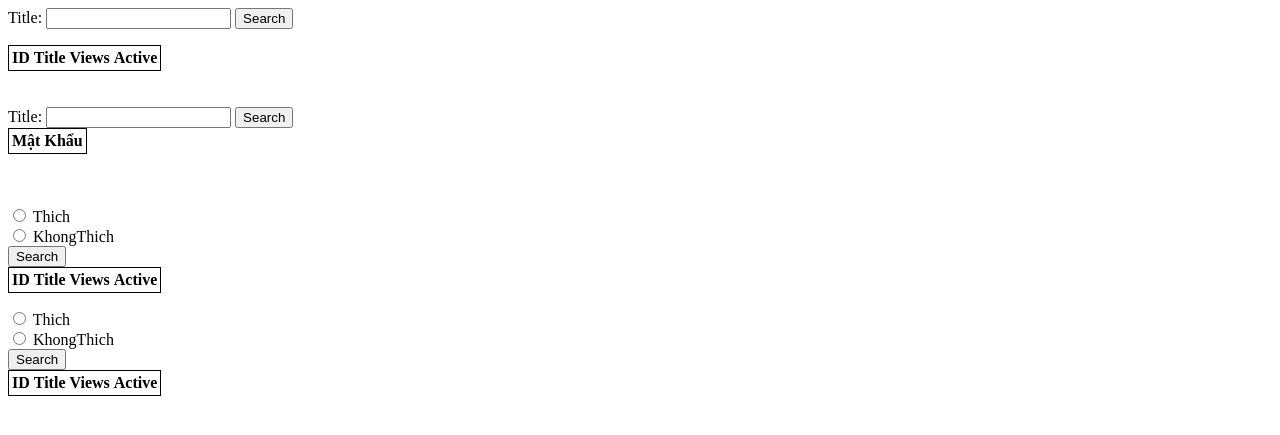
Repository: Hacorbie/Java-Servlet
Page: http://localhost/Lab6_Java4/views/NewFile.jsp
These files come from the project's save history. The page is drawn as it stood at one moment and after the next save; the edit follows.
The browser window is 1280 px wide. The pictures show the whole page.
The page is served by Tomcat 9. Other server files are loaded and not shown. The template is opened directly, without the code that normally fills it, so the values that code supplies are empty.

Above is the page before, as saved 2023-04-03 09:14:40.

### Lab6_Java4/src/main/webapp/views/NewFile.jsp
<%@ taglib uri="http://java.sun.com/jsp/jstl/core" prefix="c"%>
<%@ page language="java" contentType="text/html; charset=UTF-8"
	pageEncoding="UTF-8"%>
<html>
<meta charset="UTF-8">
<head>
<title>Search Videos</title>
</head>
<body>

	<form action="/Lab6_Java4/Lab6" method="POST">
		<label>Title:</label> <input type="text" name="searchvid">
		<button type="submit" formaction="SearchVid">Search</button>
	</form>
	<table style="border: 1px solid black">
		<thead>
			<tr>
				<th>ID</th>
				<th>Title</th>
				<th>Views</th>
				<th>Active</th>
			</tr>
		</thead>
		<tbody>
			<c:forEach items="${videos}" var="video">
				<tr>
					<td>${video.id}</td>
					<td>${video.title}</td>
					<td>${video.views}</td>
					<td>${video.active}</td>
				</tr>
			</c:forEach>
		</tbody>
	</table>
	<br>
	<br>
	<form action="/Lab6_Java4/Lab6" method="POST">
		<label>Title:</label> <input type="text" name="searchUserByVid">
		<button type="submit" formaction="SearchUser">Search</button>
		<table style="border: 1px solid black">
			<thead>
				<tr>
					<th>Mật Khẩu</th>

				</tr>
			</thead>
			<tbody>
				<c:forEach items="${users}" var="user">
					<tr>
						<td>${user.password}</td>
						<%--                     <td>${video.title}</td> --%>
						<%--                     <td>${video.views}</td> --%>
						<%--                     <td>${video.active}</td> --%>
					</tr>
				</c:forEach>
			</tbody>
		</table>
		<br> <br>
	</form>
	<form action="/Lab6_Java4/Lab6/" method="POST">
		<input type="radio" name ="thichh" value = "yes" >
		<label> Thich</label><br>
		<input type="radio" name ="thichh" value = "no">
		<label> KhongThich</label><br>
			<button type="submit">Search</button>
			<table style="border: 1px solid black">
			<thead>
				<tr>
					<th>ID</th>
					<th>Title</th>
					<th>Views</th>
					<th>Active</th>

				</tr>
			</thead>
			<tbody>
				<c:forEach items="${videobyfs}" var="videobyf">
					<tr>
						<td>${videobyf.id}</td>
					<td>${videobyf.title}</td>
					<td>${videobyf.views}</td>
					<td>${videobyf.active}</td>
					</tr>
				</c:forEach>
			</tbody>
		</table>


	</form>
	<form action="/Lab6_Java4/Lab6/" method="POST">
		<input type="radio" name ="thichh" value = "yes" >
		<label> Thich</label><br>
		<input type="radio" name ="thichh" value = "no">
		<label> KhongThich</label><br>
			<button type="submit">Search</button>
			<table style="border: 1px solid black">
			<thead>
				<tr>
					<th>ID</th>
					<th>Title</th>
					<th>Views</th>
					<th>Active</th>

				</tr>
			</thead>
			<tbody>
				<c:forEach items="${videobyfs}" var="videobyf">
					<tr>
						<td>${videobyf.id}</td>
					<td>${videobyf.title}</td>
					<td>${videobyf.views}</td>
					<td>${videobyf.active}</td>
					</tr>
				</c:forEach>
			</tbody>
		</table>


	</form>
</body>
</html>

After the next save:
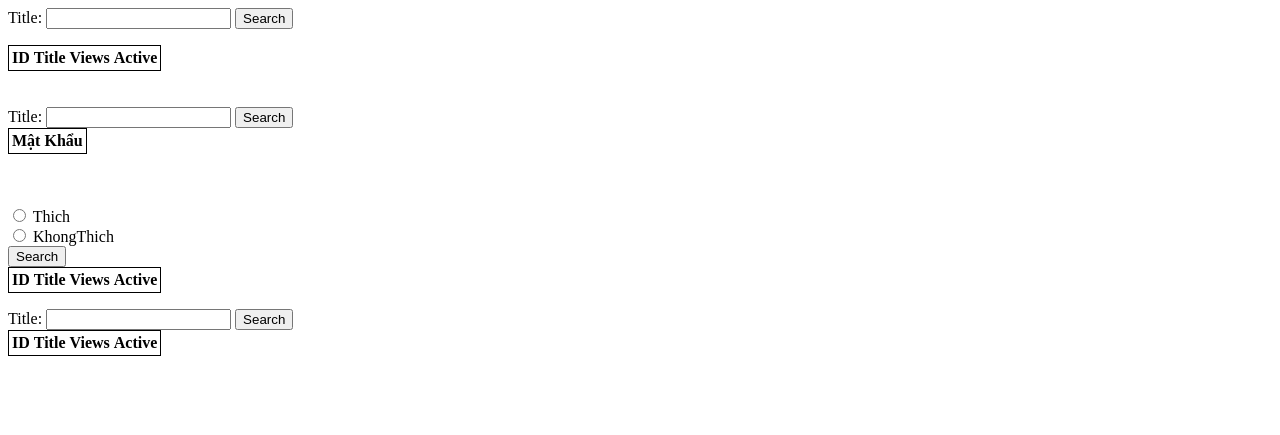
Saved 19 s later.
--- a/Lab6_Java4/src/main/webapp/views/NewFile.jsp
+++ b/Lab6_Java4/src/main/webapp/views/NewFile.jsp
@@ -88,11 +88,8 @@
 
 	</form>
 	<form action="/Lab6_Java4/Lab6/" method="POST">
-		<input type="radio" name ="thichh" value = "yes" >
-		<label> Thich</label><br>
-		<input type="radio" name ="thichh" value = "no">
-		<label> KhongThich</label><br>
-			<button type="submit">Search</button>
+		<label>Title:</label> <input type="text" name="searchUserByVid">
+		<button type="submit" formaction="SearchUser">Search</button>
 			<table style="border: 1px solid black">
 			<thead>
 				<tr>
